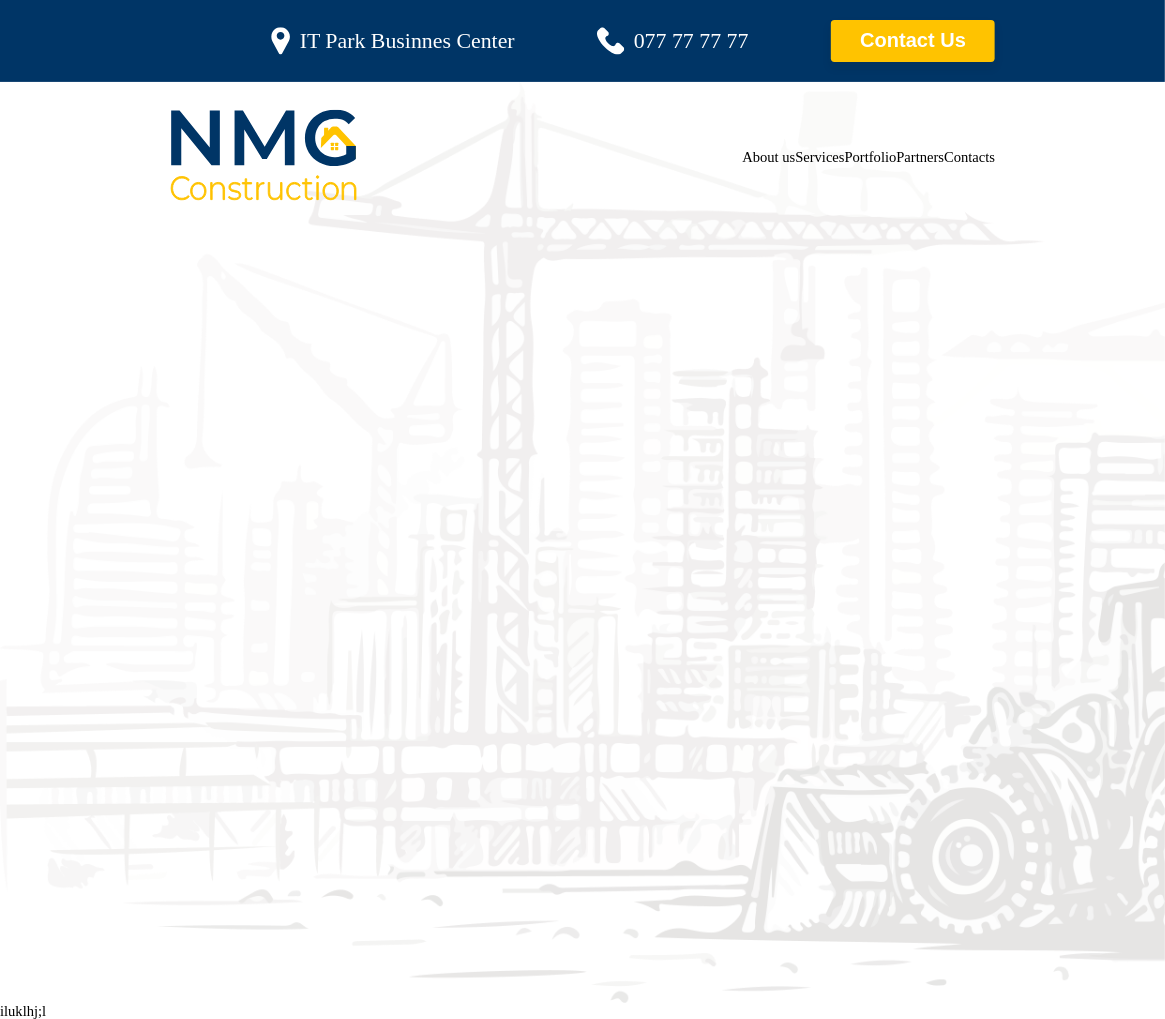
Repository: Lia1986/NMG-nuxt-project
Page: /
These files come from the project's save history. The page is drawn as it stood at one moment and after the next save; the edit follows.
The browser window is 1280 px wide. The pictures show the whole page, at 91% of full size.
Some web fonts or font styles are not loaded; a fallback is used. The project was rebuilt for these pictures with package versions that can differ from the ones it lists, and the page was loaded fresh each time. The framework's server and built-in components were replaced by stand-ins that run in the browser. Also part of the build but not shown: nuxt.config.js, components/AboutUs.vue, components/ContactUs.vue, components/Partners.vue, components/Portfolio.vue, components/Services.vue, components/Tutorial.vue, components/WorkingProcess.vue.

Above is the page before, as saved 2022-08-16 16:13:41.

### assets/css/main.scss
$blueMain: #003566;
$yellowMain: #ffc300;
$white: #ffffff;
$fontApp: Montserrat;

@font-face {
  font-family: Montserrat;
  src: url(~assets/fonts/Montserrat.ttf);
}
body{
    font-family: $fontApp;
}
* {
  padding: 0;
  margin: 0;
}
.d-flex_jc-c_ai-c {
  display: flex;
  justify-content: center;
  align-items: center;
}
.jc_sb{
   justify-content: space-between;
}
.btn {
  height: 46px;
  padding: 0 32px;
  display: flex;
  justify-content: center;
  align-items: center;
  outline: none;
  border: none;
  background: $yellowMain;
  color: $white;
  font-weight: 600;
  font-size: 22px;
  box-shadow: 0px 6px 10px rgba(28, 26, 19, 0.1);
  border-radius: 4px;
}
.btn_empty {
  box-sizing: border-box;
  border: 2px solid $yellowMain;
  background: transparent;
  color: $yellowMain;
}

### components/Home.vue
<template>
  <div>
    iluklhj;l
  </div>
</template>

<script>
export default {
  name: 'Home'
}
</script>

### components/Navbar.vue
<template>
  <div class="wr_navbar">
    <div class="nav d-flex_jc-c_ai-c">
      <div class="wr_content d-flex_jc-c_ai-c">
        <div class="d-flex_jc-c_ai-c">
          <svg
            width="21"
            height="30"
            viewBox="0 0 21 30"
            fill="none"
            xmlns="http://www.w3.org/2000/svg"
          >
            <path
              d="M19.1586 5.13735C17.3414 1.99532 14.1138 0.0757324 10.5246 0.00237305C10.3714 -0.000791016 10.2172 -0.000791016 10.0639 0.00237305C6.47482 0.0757324 3.24722 1.99532 1.43002 5.13735C-0.427403 8.34899 -0.478222 12.2068 1.29406 15.4571L8.7188 29.0735C8.72213 29.0795 8.72547 29.0856 8.72892 29.0915C9.05558 29.6604 9.64079 30 10.2944 30C10.948 30 11.5332 29.6604 11.8598 29.0915C11.8632 29.0856 11.8666 29.0795 11.8699 29.0735L19.2947 15.4571C21.0668 12.2068 21.016 8.34899 19.1586 5.13735ZM10.2943 13.5938C7.9726 13.5938 6.08377 11.7013 6.08377 9.37503C6.08377 7.0488 7.9726 5.15628 10.2943 5.15628C12.616 5.15628 14.5048 7.0488 14.5048 9.37503C14.5048 11.7013 12.6161 13.5938 10.2943 13.5938Z"
              fill="white"
            />
          </svg>
          IT Park Businnes Center
        </div>
        <div class="d-flex_jc-c_ai-c">
          <svg
            width="30"
            height="30"
            viewBox="0 0 30 30"
            fill="none"
            xmlns="http://www.w3.org/2000/svg"
          >
            <path
              d="M29.1835 22.017L24.9969 17.8304C23.5017 16.3352 20.9598 16.9333 20.3617 18.877C19.9132 20.2228 18.418 20.9704 17.0723 20.6713C14.0818 19.9237 10.0448 16.0361 9.29717 12.8962C8.84861 11.5504 9.74574 10.0552 11.0914 9.60673C13.0352 9.00864 13.6333 6.46679 12.1381 4.97158L7.95149 0.784986C6.75532 -0.261662 4.96106 -0.261662 3.91442 0.784986L1.07352 3.62589C-1.76738 6.61631 1.37256 14.5409 8.40005 21.5684C15.4275 28.5959 23.3522 31.8854 26.3426 28.8949L29.1835 26.054C30.2302 24.8579 30.2302 23.0636 29.1835 22.017Z"
              fill="white"
            />
          </svg>
          077 77 77 77
        </div>
        <button class="btn">Contact Us</button>
      </div>
    </div>
    <div class="wr_header">
      <div class="d-flex_jc-c_ai-c jc_sb">
        <div class="logo">
          <svg
            width="206"
            height="101"
            viewBox="0 0 206 101"
            fill="none"
            xmlns="http://www.w3.org/2000/svg"
          >
            <g clip-path="url(#clip0_2_26)">
              <path
                d="M6.79998 97.9297C4.99512 96.8165 3.52714 95.2333 2.55331 93.3497C1.53367 91.312 1.00281 89.0648 1.00281 86.7863C1.00281 84.5078 1.53367 82.2606 2.55331 80.223C3.52534 78.3398 4.99387 76.7583 6.79998 75.6497C8.62123 74.5375 10.7195 73.9621 12.8533 73.9897C14.4214 73.9728 15.9768 74.2721 17.4266 74.8697C18.8074 75.4463 20.032 76.3419 21 77.483L19.9533 78.6763C19.0697 77.6989 17.9843 76.925 16.7723 76.4082C15.5602 75.8914 14.2504 75.6439 12.9333 75.683C11.0769 75.6555 9.25078 76.1548 7.66664 77.123C6.09615 78.0954 4.82133 79.4786 3.97998 81.123C3.10294 82.8832 2.64645 84.823 2.64645 86.7897C2.64645 88.7563 3.10294 90.6961 3.97998 92.4563C4.81879 94.1025 6.09418 95.4863 7.66664 96.4563C9.23736 97.4223 11.0495 97.9238 12.8933 97.903C14.2134 97.937 15.5252 97.6833 16.7374 97.1595C17.9497 96.6357 19.0334 95.8543 19.9133 94.8697L21 96.0563C20.035 97.2137 18.8108 98.1273 17.4266 98.723C15.9772 99.3206 14.4209 99.6155 12.8533 99.5897C10.7195 99.6173 8.62123 99.0419 6.79998 97.9297Z"
                fill="#FFC300"
                stroke="#FFC300"
              />
              <path
                d="M26.5667 98.3297C25.2571 97.494 24.2012 96.3159 23.5133 94.923C22.7848 93.384 22.4069 91.7024 22.4069 89.9997C22.4069 88.2969 22.7848 86.6154 23.5133 85.0763C24.1992 83.6821 25.2556 82.5035 26.5667 81.6697C27.8794 80.8673 29.3881 80.4427 30.9267 80.4427C32.4652 80.4427 33.9739 80.8673 35.2867 81.6697C36.5993 82.5017 37.6561 83.6808 38.34 85.0763C39.0731 86.6141 39.4536 88.2961 39.4536 89.9997C39.4536 91.7032 39.0731 93.3853 38.34 94.923C37.6544 96.3174 36.598 97.4961 35.2867 98.3297C33.9739 99.1321 32.4652 99.5567 30.9267 99.5567C29.3881 99.5567 27.8794 99.1321 26.5667 98.3297ZM34.44 96.923C35.4944 96.2232 36.3399 95.251 36.8867 94.1097C37.4797 92.8207 37.7868 91.4186 37.7868 89.9997C37.7868 88.5808 37.4797 87.1787 36.8867 85.8897C36.3419 84.747 35.496 83.7744 34.44 83.0763C33.3889 82.4144 32.1721 82.0632 30.93 82.0632C29.6879 82.0632 28.4711 82.4144 27.42 83.0763C26.3604 83.7722 25.5119 84.7452 24.9667 85.8897C24.3736 87.1787 24.0665 88.5808 24.0665 89.9997C24.0665 91.4186 24.3736 92.8207 24.9667 94.1097C25.5139 95.2528 26.362 96.2253 27.42 96.923C28.4724 97.5812 29.6887 97.9301 30.93 97.9301C32.1713 97.9301 33.3876 97.5812 34.44 96.923Z"
                fill="#FFC300"
                stroke="#FFC300"
              />
              <path
                d="M57.9066 82.4963C59.1466 83.8697 59.7666 85.8297 59.7666 88.4097V99.4097H58.1333V88.5563C58.1333 86.4452 57.6489 84.8341 56.68 83.723C56.1677 83.1619 55.5371 82.7219 54.8337 82.4348C54.1303 82.1477 53.3719 82.0207 52.6133 82.063C51.7255 82.0251 50.8403 82.1848 50.0217 82.5307C49.2031 82.8765 48.4716 83.3999 47.88 84.063C46.6633 85.5657 46.0458 87.4655 46.1466 89.3964V99.3963H44.5133V80.5897H46.08V84.663C46.6308 83.3984 47.5481 82.3279 48.7133 81.5897C49.9503 80.822 51.3847 80.4327 52.84 80.4697C53.7809 80.4205 54.7212 80.5763 55.596 80.9262C56.4708 81.2761 57.2592 81.8118 57.9066 82.4963Z"
                fill="#FFC300"
                stroke="#FFC300"
              />
              <path
                d="M66.8866 98.8697C65.8039 98.5086 64.8123 97.9173 63.98 97.1363L64.7266 95.6963C65.5086 96.3954 66.4125 96.9445 67.3933 97.3163C68.4876 97.7537 69.6548 97.9799 70.8333 97.983C72.5533 97.983 73.8266 97.6697 74.64 97.043C75.0395 96.7427 75.36 96.3497 75.5737 95.8979C75.7874 95.4461 75.8879 94.949 75.8667 94.4497C75.8855 94.1078 75.8363 93.7655 75.7218 93.4428C75.6074 93.1201 75.43 92.8233 75.2 92.5697C74.7415 92.1047 74.1761 91.7591 73.5533 91.563C72.6623 91.2893 71.7564 91.0667 70.84 90.8963C69.7318 90.6953 68.6417 90.4055 67.58 90.0297C66.7507 89.7205 66.0172 89.1985 65.4533 88.5163C64.8243 87.6761 64.5212 86.6363 64.6 85.5897C64.5839 84.8873 64.7267 84.1904 65.0176 83.5509C65.3085 82.9114 65.74 82.3458 66.28 81.8963C67.4 80.923 69 80.4363 71.0666 80.4363C72.1642 80.4367 73.255 80.6076 74.3 80.943C75.2479 81.2172 76.1349 81.6698 76.9133 82.2763L76.16 83.7163C75.4495 83.1557 74.6431 82.7288 73.78 82.4563C72.8926 82.1698 71.9658 82.0236 71.0333 82.023C69.7601 81.933 68.4937 82.276 67.44 82.9963C67.0466 83.3011 66.7319 83.6955 66.522 84.1466C66.312 84.5977 66.2131 85.0925 66.2333 85.5897C66.2073 85.9454 66.2528 86.3028 66.3673 86.6406C66.4819 86.9784 66.663 87.2898 66.9 87.5563C67.37 88.0323 67.9456 88.3909 68.58 88.603C69.4977 88.8977 70.4301 89.1447 71.3733 89.343C72.4647 89.5419 73.539 89.8249 74.5866 90.1897C75.3961 90.4817 76.1122 90.9859 76.66 91.6497C77.2675 92.442 77.5703 93.4262 77.5133 94.423C77.5377 95.1439 77.3902 95.8603 77.083 96.5129C76.7758 97.1655 76.3177 97.7357 75.7467 98.1763C74.5733 99.1097 72.92 99.583 70.7866 99.583C69.4548 99.5762 68.1346 99.3348 66.8866 98.8697Z"
                fill="#FFC300"
                stroke="#FFC300"
              />
              <path
                d="M90.56 98.2163C90.1285 98.663 89.599 99.0031 89.0133 99.2097C88.3899 99.4388 87.7309 99.5562 87.0667 99.5563C86.4329 99.5971 85.7978 99.4989 85.2059 99.2686C84.614 99.0382 84.0796 98.6814 83.64 98.223C82.7806 97.1627 82.35 95.8186 82.4333 94.4563V82.1363H79.2933V80.5897H82.4333V76.4763H84.0667V80.5897H89.4867V82.1363H84.0667V94.2563C83.9973 95.2545 84.2804 96.2454 84.8667 97.0563C85.1633 97.384 85.5304 97.64 85.9404 97.8052C86.3503 97.9703 86.7924 98.0402 87.2333 98.0097C87.7259 98.0282 88.2171 97.9448 88.6759 97.7647C89.1348 97.5846 89.5515 97.3116 89.9 96.963L90.56 98.2163Z"
                fill="#FFC300"
                stroke="#FFC300"
              />
              <path
                d="M99.12 81.543C100.33 80.7821 101.738 80.3992 103.167 80.443V82.2096L102.78 82.1763C101.937 82.1349 101.097 82.2905 100.325 82.6307C99.5531 82.971 98.8712 83.4865 98.3333 84.1363C97.2666 85.4696 96.7333 87.2918 96.7333 89.603V99.4096H95.1V80.5896H96.6666V84.6963C97.1241 83.4087 97.9844 82.3029 99.12 81.543Z"
                fill="#FFC300"
                stroke="#FFC300"
              />
              <path
                d="M122.893 80.5897V99.4097H121.333V95.3697C120.824 96.6275 119.949 97.703 118.82 98.4563C117.652 99.2055 116.287 99.5886 114.9 99.5563C113.932 99.6082 112.964 99.4511 112.062 99.0956C111.16 98.7402 110.346 98.1947 109.673 97.4963C108.416 96.1274 107.784 94.1563 107.78 91.583V80.5897H109.413V91.443C109.413 93.5563 109.907 95.1697 110.887 96.2697C111.413 96.8352 112.057 97.2773 112.774 97.5643C113.491 97.8513 114.262 97.9761 115.033 97.9297C115.894 97.9645 116.752 97.8024 117.541 97.4559C118.33 97.1093 119.03 96.5873 119.587 95.9297C120.77 94.4118 121.366 92.5183 121.267 90.5963V80.5963L122.893 80.5897Z"
                fill="#FFC300"
                stroke="#FFC300"
              />
              <path
                d="M132.14 98.3297C130.821 97.4989 129.758 96.32 129.067 94.923C128.338 93.3781 127.96 91.6912 127.96 89.983C127.96 88.2749 128.338 86.5879 129.067 85.043C129.748 83.6383 130.818 82.4583 132.15 81.6431C133.481 80.8278 135.019 80.4113 136.58 80.443C137.88 80.4255 139.164 80.7277 140.32 81.323C141.445 81.9218 142.387 82.8132 143.047 83.903L141.84 84.8764C141.28 83.9872 140.496 83.2607 139.567 82.7697C138.644 82.2926 137.618 82.0499 136.58 82.063C135.317 82.0482 134.075 82.3927 133 83.0564C131.929 83.7374 131.069 84.7051 130.52 85.8497C129.927 87.1516 129.62 88.5657 129.62 89.9964C129.62 91.4271 129.927 92.8411 130.52 94.143C131.07 95.2839 131.929 96.2472 133 96.923C134.073 97.5912 135.316 97.936 136.58 97.9164C137.615 97.9389 138.64 97.7102 139.567 97.2497C140.497 96.7568 141.281 96.028 141.84 95.1364L143.047 96.1097C142.39 97.2025 141.447 98.0948 140.32 98.6897C139.165 99.2871 137.88 99.5916 136.58 99.5764C135.011 99.5922 133.471 99.1597 132.14 98.3297Z"
                fill="#FFC300"
                stroke="#FFC300"
              />
              <path
                d="M156.6 98.2163C156.167 98.6639 155.635 99.004 155.047 99.2096C154.425 99.4387 153.769 99.5561 153.107 99.5563C152.472 99.5971 151.836 99.499 151.243 99.2687C150.65 99.0384 150.114 98.6815 149.673 98.223C148.814 97.1627 148.383 95.8186 148.467 94.4563V82.1363H145.333V80.5896H148.467V76.4763H150.1V80.5896H155.52V82.1363H150.1V94.2563C150.031 95.2545 150.314 96.2454 150.9 97.0563C151.197 97.384 151.564 97.64 151.974 97.8052C152.384 97.9703 152.826 98.0402 153.267 98.0097C153.759 98.0282 154.25 97.9448 154.709 97.7647C155.168 97.5846 155.585 97.3116 155.933 96.963L156.6 98.2163Z"
                fill="#FFC300"
                stroke="#FFC300"
              />
              <path
                d="M161.007 75.5897C160.876 75.4531 160.775 75.292 160.707 75.1157C160.64 74.9395 160.608 74.7516 160.613 74.563C160.607 74.1769 160.748 73.8029 161.007 73.5163C161.125 73.3827 161.271 73.2757 161.434 73.2024C161.598 73.1291 161.774 73.0912 161.953 73.0912C162.132 73.0912 162.309 73.1291 162.472 73.2024C162.635 73.2757 162.781 73.3827 162.9 73.5163C163.162 73.7931 163.303 74.1622 163.293 74.543C163.299 74.9291 163.159 75.3031 162.9 75.5897C162.783 75.7265 162.638 75.8363 162.475 75.9111C162.311 75.986 162.133 76.0242 161.953 76.023C161.774 76.0228 161.596 75.984 161.433 75.9093C161.27 75.8345 161.124 75.7255 161.007 75.5897ZM161.14 80.5897H162.773V99.4097H161.14V80.5897Z"
                fill="#FFC300"
                stroke="#FFC300"
              />
              <path
                d="M172 98.3297C170.689 97.4961 169.632 96.3174 168.947 94.923C168.213 93.3853 167.833 91.7032 167.833 89.9997C167.833 88.2961 168.213 86.6141 168.947 85.0763C169.63 83.6808 170.687 82.5017 172 81.6697C173.313 80.8673 174.821 80.4427 176.36 80.4427C177.899 80.4427 179.407 80.8673 180.72 81.6697C182.031 82.5035 183.087 83.6821 183.773 85.0763C184.502 86.6154 184.88 88.2969 184.88 89.9997C184.88 91.7024 184.502 93.384 183.773 94.923C183.085 96.3159 182.029 97.494 180.72 98.3297C179.407 99.1321 177.899 99.5567 176.36 99.5567C174.821 99.5567 173.313 99.1321 172 98.3297ZM179.867 96.923C180.923 96.2236 181.771 95.2515 182.32 94.1097C182.909 92.8195 183.213 91.4179 183.213 89.9997C183.213 88.5815 182.909 87.1799 182.32 85.8897C181.773 84.7466 180.925 83.774 179.867 83.0763C178.816 82.4144 177.599 82.0632 176.357 82.0632C175.115 82.0632 173.898 82.4144 172.847 83.0763C171.789 83.7726 170.943 84.7457 170.4 85.8897C169.807 87.1787 169.5 88.5808 169.5 89.9997C169.5 91.4186 169.807 92.8207 170.4 94.1097C170.944 95.2525 171.79 96.2252 172.847 96.923C173.899 97.5812 175.115 97.9301 176.357 97.9301C177.598 97.9301 178.814 97.5812 179.867 96.923Z"
                fill="#FFC300"
                stroke="#FFC300"
              />
              <path
                d="M202.333 82.4963C203.573 83.8697 204.193 85.8297 204.193 88.4097V99.4097H202.56V88.5563C202.56 86.443 202.08 84.8297 201.107 83.723C200.596 83.1621 199.966 82.722 199.264 82.4349C198.562 82.1477 197.804 82.0207 197.047 82.063C196.158 82.024 195.271 82.1833 194.451 82.5292C193.632 82.8751 192.899 83.399 192.307 84.063C191.092 85.5666 190.477 87.4663 190.58 89.3963V99.3963H188.947V80.5897H190.513V84.663C191.057 83.389 191.973 82.3086 193.14 81.563C194.379 80.7955 195.816 80.4063 197.273 80.443C198.215 80.3973 199.156 80.5573 200.03 80.9119C200.903 81.2665 201.69 81.8072 202.333 82.4963Z"
                fill="#FFC300"
                stroke="#FFC300"
              />
              <path
                d="M54.5933 1.44965V61.643H45.3933L12.2 20.883V61.643H1.10663V1.44965H10.3133L43.5 42.2096V1.44965H54.5933Z"
                fill="#003566"
              />
              <path
                d="M126.047 61.643L125.96 21.743L106.187 54.763H101.2L81.42 22.2563V61.643H70.7533V1.44965H79.9533L103.867 41.3496L127.333 1.44965H136.533L136.62 61.643H126.047Z"
                fill="#003566"
              />
              <path
                d="M169.12 29.403V21.3097C169.113 21.18 169.131 21.0503 169.174 20.9278C169.217 20.8053 169.284 20.6926 169.371 20.596C169.458 20.4993 169.562 20.4208 169.68 20.3648C169.797 20.3088 169.924 20.2765 170.053 20.2697H172.813C173.078 20.2868 173.324 20.408 173.499 20.6067C173.674 20.8054 173.763 21.0654 173.747 21.3297L173.593 29.2563C173.6 29.5064 173.513 29.7499 173.348 29.9388C173.184 30.1276 172.955 30.248 172.707 30.2763L170.1 30.423C169.968 30.4213 169.838 30.3934 169.718 30.341C169.597 30.2887 169.488 30.2128 169.397 30.1179C169.305 30.023 169.234 29.911 169.187 29.7882C169.139 29.6655 169.116 29.5345 169.12 29.403Z"
                fill="#FFC300"
              />
              <path
                d="M182.74 28.863L193.48 40.5496L204.053 54.8496V40.5496L184.407 19.6963C184.194 19.4711 183.938 19.2916 183.654 19.169C183.369 19.0463 183.063 18.983 182.753 18.983H178.947C178.368 18.9826 177.81 19.2018 177.387 19.5963L166.053 31.543L165.607 42.5896L179.333 28.7496C179.554 28.5142 179.822 28.3287 180.121 28.2053C180.419 28.082 180.74 28.0237 181.062 28.0345C181.385 28.0452 181.701 28.1247 181.991 28.2675C182.28 28.4104 182.535 28.6134 182.74 28.863Z"
                fill="#FFC300"
              />
              <path
                d="M193.48 40.5497H204.053V54.8497C200.818 57.385 197.147 59.3077 193.22 60.523C189.108 61.8474 184.814 62.5222 180.493 62.523C174.713 62.6095 169.006 61.2335 163.9 58.523C159.089 55.9728 155.071 52.149 152.287 47.4697C149.448 42.6552 147.99 37.1516 148.073 31.563C147.991 25.9745 149.449 20.4712 152.287 15.6563C155.079 10.9653 159.111 7.13585 163.94 4.58966C169.092 1.87575 174.844 0.500286 180.667 0.589665C185.707 0.589665 188.72 0.636332 192.847 2.303C196.851 3.8823 200.419 6.39674 203.253 9.63633L196.2 16.4897C191.973 11.4697 187.66 10.3897 181.18 10.3897C177.238 10.3133 173.341 11.2303 169.847 13.0563C166.626 14.779 163.954 17.3705 162.133 20.5363C160.233 23.8892 159.266 27.6898 159.333 31.543C159.278 35.3391 160.242 39.0805 162.127 42.3763C163.969 45.5539 166.649 48.1644 169.873 49.923C173.312 51.7971 177.178 52.7458 181.093 52.6763C185.424 52.7687 189.701 51.7006 193.48 49.583V40.5497Z"
                fill="#003566"
              />
              <rect
                x="176.5"
                y="36.9375"
                width="3.47998"
                height="3.43884"
                rx="0.5"
                fill="#FFC300"
              />
              <rect
                x="176.5"
                y="41.6375"
                width="3.47998"
                height="3.43884"
                rx="0.5"
                fill="#FFC300"
              />
              <rect
                x="181.227"
                y="36.9163"
                width="3.47998"
                height="3.43884"
                rx="0.5"
                fill="#FFC300"
              />
              <rect
                x="181.227"
                y="41.6163"
                width="3.47998"
                height="3.43884"
                rx="0.5"
                fill="#FFC300"
              />
            </g>
            <defs>
              <clipPath id="clip0_2_26">
                <rect
                  width="205.16"
                  height="100"
                  fill="white"
                  transform="translate(0 0.589661)"
                />
              </clipPath>
            </defs>
          </svg>
        </div>
        <div class="d-flex_jc-c_ai-c">
          <div v-for="item in navItem" :key="item.id">{{ item.item }}</div>
          <div></div>
        </div>
      </div>
    </div>
  </div>
</template>

<script>
export default {
  data() {
    return {
      navItem: [
        { id: "1", item: "About us" },
        { id: "2", item: "Services" },
        { id: "3", item: "Portfolio" },
        { id: "4", item: "Partners" },
        { id: "5", item: "Contacts" },
      ],
    };
  },
};
</script>

<style lang="scss" scoped>
.wr_navbar {
  .nav {
    background: $blueMain;
    color: $white;
    // padding: 0 14.584% 0 44.011%;
    height: 90px;
    justify-content: end;
    div {
      font-size: 24px;
      svg {
        margin-right: 10px;
      }
    }
    .wr_content {
      width: 795px;
      height: 100%;
      margin-right: 14.584%;
      justify-content: space-between;
    }
  }
  .wr_header {
    height: 982px;
    background-image: url("./../assets/images/img_header.png");
    background-repeat: no-repeat;
    background-size: cover;
    padding: 30px 14.584% 0;
  }
  .mr-40{
    margin-right: 40px;
  }
}
</style>

### pages/index.vue
<template>
  <div>
    <Navbar/>
    <Home/>
  </div>
</template>

<script>
export default {
  name: "IndexPage",
};
</script>

After the next save:
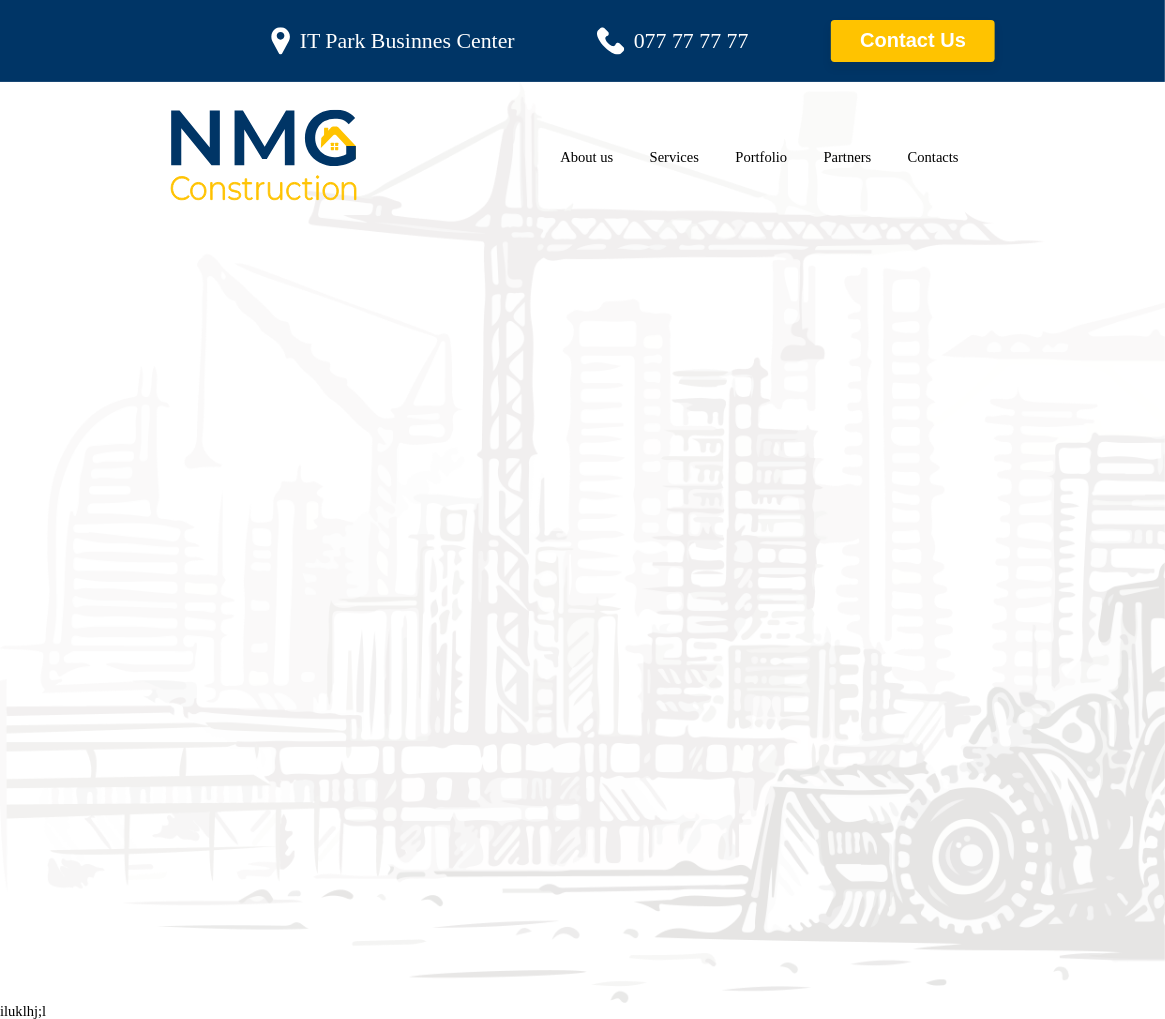
Saved 10 s later.
--- a/components/Navbar.vue
+++ b/components/Navbar.vue
@@ -172,7 +172,7 @@
           </svg>
         </div>
         <div class="d-flex_jc-c_ai-c">
-          <div v-for="item in navItem" :key="item.id">{{ item.item }}</div>
+          <div class="mr-40" v-for="item in navItem" :key="item.id">{{ item.item }}</div>
           <div></div>
         </div>
       </div>
